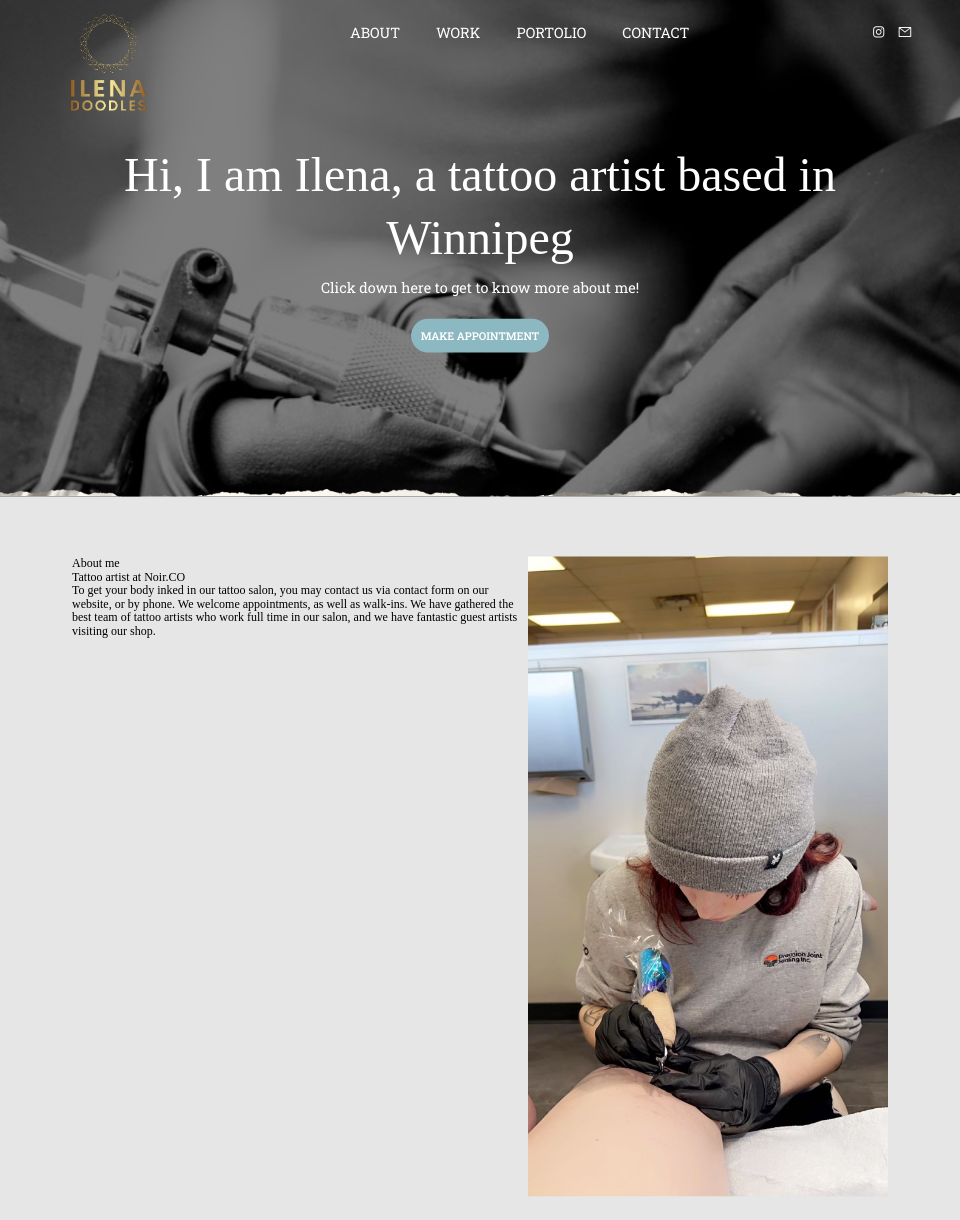
Repository: Leoka2000/Ilena
Page: /
The author's editor kept a copy of each file at every save. The page is drawn from the files as they stood at one save, then again after the next save.
The browser window is 1280 px wide. The pictures show the whole page, at 75% of full size.
Some web fonts or font styles are not loaded; a fallback is used. The project was rebuilt for these pictures with package versions that can differ from the ones it lists, and the page was loaded fresh each time. Also part of the build but not shown: src/App.css.

Above is the page before, as saved 2023-03-02 13:30:47.

### public/index.html
<!DOCTYPE html>
<html lang="en">
  <head>
    <meta charset="utf-8" />
    <link rel="icon" href="%PUBLIC_URL%/favicon.ico" />
    <meta name="viewport" content="width=device-width, initial-scale=1" />
    <meta name="theme-color" content="#000000" />
    <meta
      name="description"
      content="Web site created using create-react-app"
    />
    <link rel="apple-touch-icon" href="%PUBLIC_URL%/logo192.png" />
    <!--
      manifest.json provides metadata used when your web app is installed on a
      user's mobile device or desktop. See https://developers.google.com/web/fundamentals/web-app-manifest/
    -->

    <!-- Gloock -->
    <link rel="preconnect" href="https://fonts.googleapis.com">
<link rel="preconnect" href="https://fonts.gstatic.com" crossorigin>
<link href="https://fonts.googleapis.com/css2?family=Fira+Sans+Extra+Condensed:wght@300&family=Inter:wght@300;400;500;600;700&family=Roboto+Condensed:wght@300&family=Roboto+Slab:wght@400;500;600&display=swap" rel="stylesheet">
    <!-- Gloock -->
    <!-- FONT MULISH -->
    <link rel="preconnect" href="https://fonts.googleapis.com">
<link rel="preconnect" href="https://fonts.gstatic.com" crossorigin>
<link href="https://fonts.googleapis.com/css2?family=Fira+Sans+Extra+Condensed:wght@300&family=Inter:wght@300;400;500;600;700&family=Roboto+Condensed:wght@300&family=Roboto+Slab:wght@400;500;600&display=swap" rel="stylesheet">
    <!-- FONT MULISH -->
    <link rel="manifest" href="%PUBLIC_URL%/manifest.json" />
    <!--
      Notice the use of %PUBLIC_URL% in the tags above.
      It will be replaced with the URL of the `public` folder during the build.
      Only files inside the `public` folder can be referenced from the HTML.

      Unlike "/favicon.ico" or "favicon.ico", "%PUBLIC_URL%/favicon.ico" will
      work correctly both with client-side routing and a non-root public URL.
      Learn how to configure a non-root public URL by running `npm run build`.
    -->
    <title>React App</title>
  </head>
  <body>
    <noscript>You need to enable JavaScript to run this app.</noscript>
    <div id="root"></div>
    <!--
      This HTML file is a template.
      If you open it directly in the browser, you will see an empty page.

      You can add webfonts, meta tags, or analytics to this file.
      The build step will place the bundled scripts into the <body> tag.

      To begin the development, run `npm start` or `yarn start`.
      To create a production bundle, use `npm run build` or `yarn build`.
    -->
  </body>
</html>

### src/App.js
import Home from './pages/home/home'
import './App.css';
import Navbar from './components/navbar';

function App() {
  return (
    <>
      <Navbar/>
    <Home/>
    </>
  );
}

export default App;

### src/pages/home/home.js
import React from 'react'
import Hero from '../hero/hero'
import About from '../about/about'


const home = () => {
  return (
    <>
      <Hero/>
      <About/>
    </>
  )
}

export default home

### src/components/navbar.jsx
import React, { useRef, useState } from 'react'
import './navbar.css'
import { AiOutlineInstagram } from 'react-icons/ai'
import { AiOutlineMail } from 'react-icons/ai'
import Logo from '../assets/brand/logo.png'
import { FaBars } from 'react-icons/fa'
import { FaTimes } from 'react-icons/fa'
import { Link } from 'react-scroll'

const Navbar = () => {
  const navRef = useRef();

  const showNavbar = () => {
    navRef.current.classList.toggle("responsive_nav");
  };

  return (
    <div className='navbar-renderer'>
      <nav ref={navRef}>
        <img src={Logo} />
        <ul>
          <li><Link onClick={showNavbar} spy={true} smooth={true} offset={100} duration={500}>ABOUT</Link></li>
          <li><Link onClick={showNavbar} spy={true} smooth={true} offset={100} duration={500}>WORK</Link></li>
          <li><Link onClick={showNavbar} spy={true} smooth={true} offset={100} duration={500}>PORTOLIO</Link></li>
          <li><Link onClick={showNavbar} spy={true} smooth={true} offset={100} duration={500}>CONTACT</Link></li>
        </ul>
        <div className='navbar-icons-wrapper'>
          <a><AiOutlineInstagram /></a>
          <a><AiOutlineMail /></a>
        </div>
        <button
          className="close"
          onClick={showNavbar}>
          <FaTimes />
        </button>
      </nav>

      <button onClick={showNavbar} className='bars-button'>
        <FaBars className='bars' />
      </button>
    </div>
  )
}

export default Navbar

### src/pages/hero/hero.js
import React from 'react'
import './hero.css'

const hero = () => {
  return (
    <section className='hero-section'>
      <h1>Hi, I am Ilena, a tattoo artist based in Winnipeg</h1>
      <p>Click down here to get to know more about me!</p>
      <button>MAKE APPOINTMENT</button>
    </section>
  )
}

export default hero

### src/pages/about/about.jsx
import React from 'react'
import './about.css'
import Ilena from '../../assets/brand/Illena.jpg'

const About = () => {
  return (
    <section className='about-section'>
      <div className='left-about'>
        <h1>About me</h1>
        <h3>Tattoo artist at Noir.CO</h3>
        <p>To get your body inked in our tattoo salon, you may contact us via contact form on our website, or by phone. We welcome appointments, as well as walk-ins. We have gathered the best team of tattoo artists who work full time in our salon, and we have fantastic guest artists visiting our shop.</p>
      </div>
      <div className='right-about'>
        <div className='img-thumbnail'><img src={Ilena}/></div>
      </div>
    </section>
  )
}

export default About

### src/components/navbar.css
.navbar-renderer {
    display: flex;
    justify-content: center;
    position:absolute;
    width: 100%;
    z-index: 1;
}
nav {
    display: flex;
    height: 85px;
background-color: transparent;
justify-content: space-between;
align-items: center;
width: 90%;
font-family: 'Fira Sans Extra Condensed', sans-serif;
font-family: 'Inter', sans-serif;
font-family: 'Roboto Condensed', sans-serif;
font-family: 'Roboto Slab', serif;

}
nav > img {
width: 10rem;
height: 10rem;
margin-top: 5rem;
}

nav > ul {
    display: flex;
    gap: 3rem;
    font-size: 1.2rem;
    color: white;
}
nav > ul > li:hover {
    color: rgb(133, 113, 0);
}
nav > ul > li {
   list-style: none;
   cursor: pointer;
   transition: 0.5s;

}
.navbar-icons-wrapper {
    display: flex;
    color: whitesmoke;
    font-size: 1.2rem;
    gap: 1rem;

}
.navbar-icons-wrapper > a > svg {
    transition: 0.4s;
}
.navbar-icons-wrapper > a > svg:hover {
    cursor: pointer;
    color: rgb(133, 113, 0);
}
.bars-button {
    position: fixed;
    right: 10rem;
    font-size: 2rem;
    background-color: transparent;
    outline: none;
    border: none;
    cursor: pointer;
    display: none;
}
.close {
    display: none;
}
@media only screen and (max-width: 1024px) {
    .bars-button {
        position: fixed;
        right: 1.5em;
        top: 1.5rem;
        font-size: 2rem;
        background-color: transparent;
        outline: none;
        border: none;
        cursor: pointer;
        display: flex;
    }
    .close {
        position: absolute;
		top: 1.5rem;
		right: 1.5rem;
        color: rgb(0, 0, 0);
        background: transparent;
	border: none;
	outline: none;
    display: flex;
    font-size: 1.7rem;
    cursor: pointer;
     }
    .responsive_nav{
		transform: none;
        display: flex;
        justify-content: flex-start;
		width: 100%;


	}
	nav {
        position: fixed;
		top: 0rem;
		left: 0rem;
		height: 100%;
		width: 100%;
		display: flex;
		flex-direction: column;
		align-items: center;
		justify-content: flex-start;
		gap: 2rem;
        text-align: center;
		padding-top: 5rem;
		transition: 0.8s;
		transform: translateY(-200vh);
        color: #677294;
		/* IMPORTANTE */
		background-color: rgb(206, 206, 206);
        z-index: 50;
	/* aqui que a magica acontece, esse é mt importante */
	}
}

### src/pages/hero/hero.css
.hero-section {
  position: relative;
  padding: 12rem 0 12rem 0;
  background-image: url('../../assets/brand/hero-img.png');
  object-fit: contain;
  background-position: top;
  background-attachment: scroll;
  z-index: 0;
  display: flex;
  justify-content: center;
  flex-direction: column;
  align-items: center;
  text-align: center;
  color: white;
  gap: 0.8rem;
}

.hero-section::after {
    position: absolute; /*IMPORTANT!*/
    background-color: transparent;
    content: "";
    width: 100%;
    height: 10px;
    mix-blend-mode:difference;
    left: 0;
    z-index: 1;
    bottom: 0rem;
background: url(../../assets/brand/overlay-bottom.png);
}
.hero-section::before {
  content: "";
  position: absolute;
  top: 0;
  left: 0;
  width: 100%;
  height: 100%;
  background-color: rgba(0, 0, 0, 0.5); /* adjust the opacity as needed */
  filter: brightness(0.7); /* apply the filter to the overlay */
  z-index: -1;
}

.hero-section > h1 {
  font-family: 'Gloock', serif;
  font-size: 4rem;
  width: 80%;
  filter: brightness(100%);
  color: rgb(255, 255, 255);
  line-height: 1.3;
}

.hero-section > p {
  color: rgb(255, 255, 255);
  font-size: 1.2rem;
font-family: 'Roboto Slab', serif;

}
.hero-section > button {
    background: #8bb8c1;
    padding: 0.8rem;
    border-radius: 24px;
    border: none;
    color: white;
    font-family: 'Roboto Slab', serif;
    margin-top: 1rem;
    font-weight: 900;
    font-size: 0.9rem;
    cursor: pointer;
    z-index: 0;
    transition: 0.3s;
    transform: scale(1,1);
}

.hero-section > button:hover {
    background: #ffffff;
   color: black;
    font-size: 0.9rem;
    z-index: 0;
}

### src/pages/about/about.css
.about-section {
    padding: 5rem 6rem 2rem 6rem;
    background-color: #e6e6e6;
    display: flex;
}
.left-about {

}
.right-about > .img-thumbnail {
    width: 30rem;
    height: ;
}

Loaded but not shown: src/index.js (common file); src/index.css (common file)

After the next save:
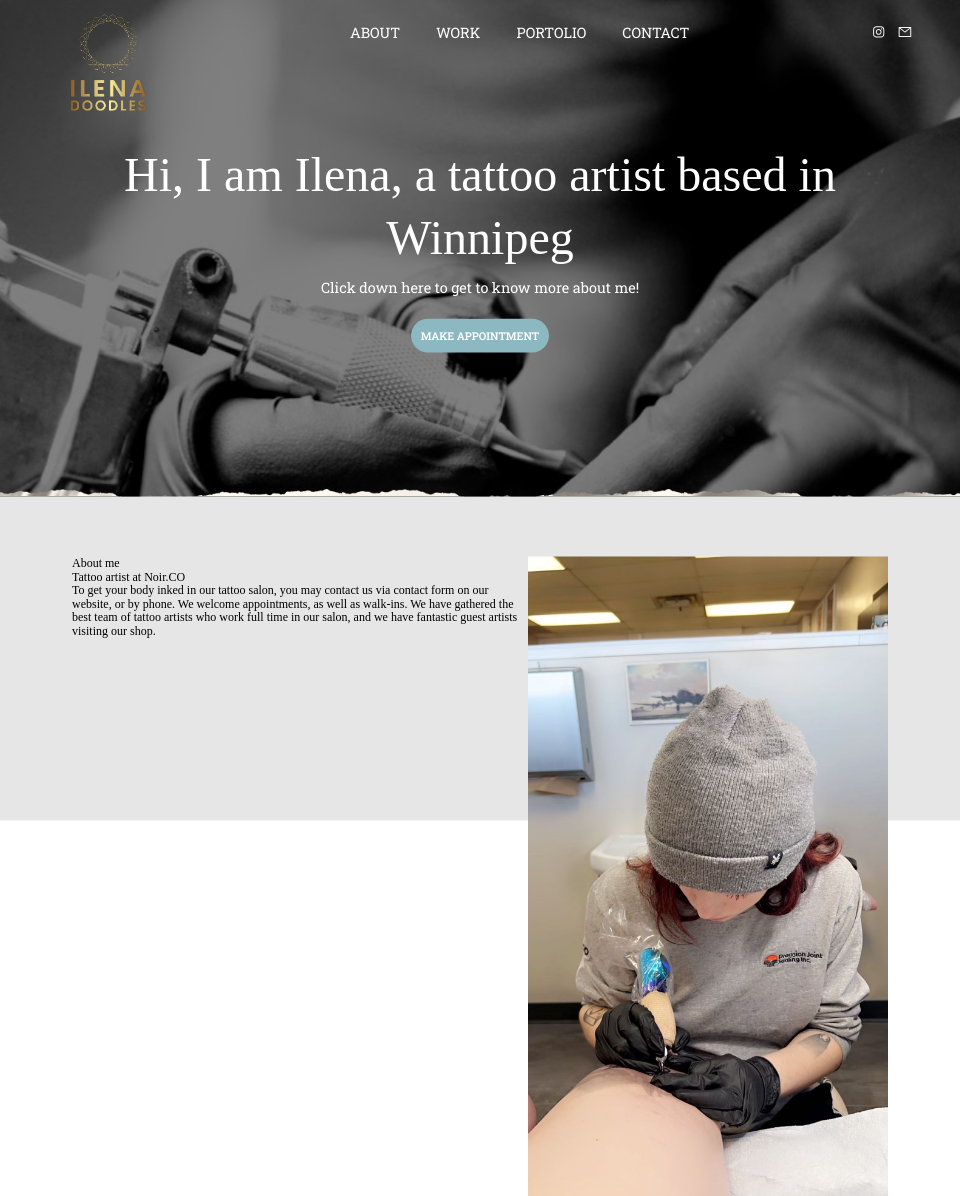
Saved 6 s later.
--- a/src/pages/about/about.css
+++ b/src/pages/about/about.css
@@ -8,5 +8,5 @@
 }
 .right-about > .img-thumbnail {
     width: 30rem;
-    height: ;
+    height: 20rem
 }
